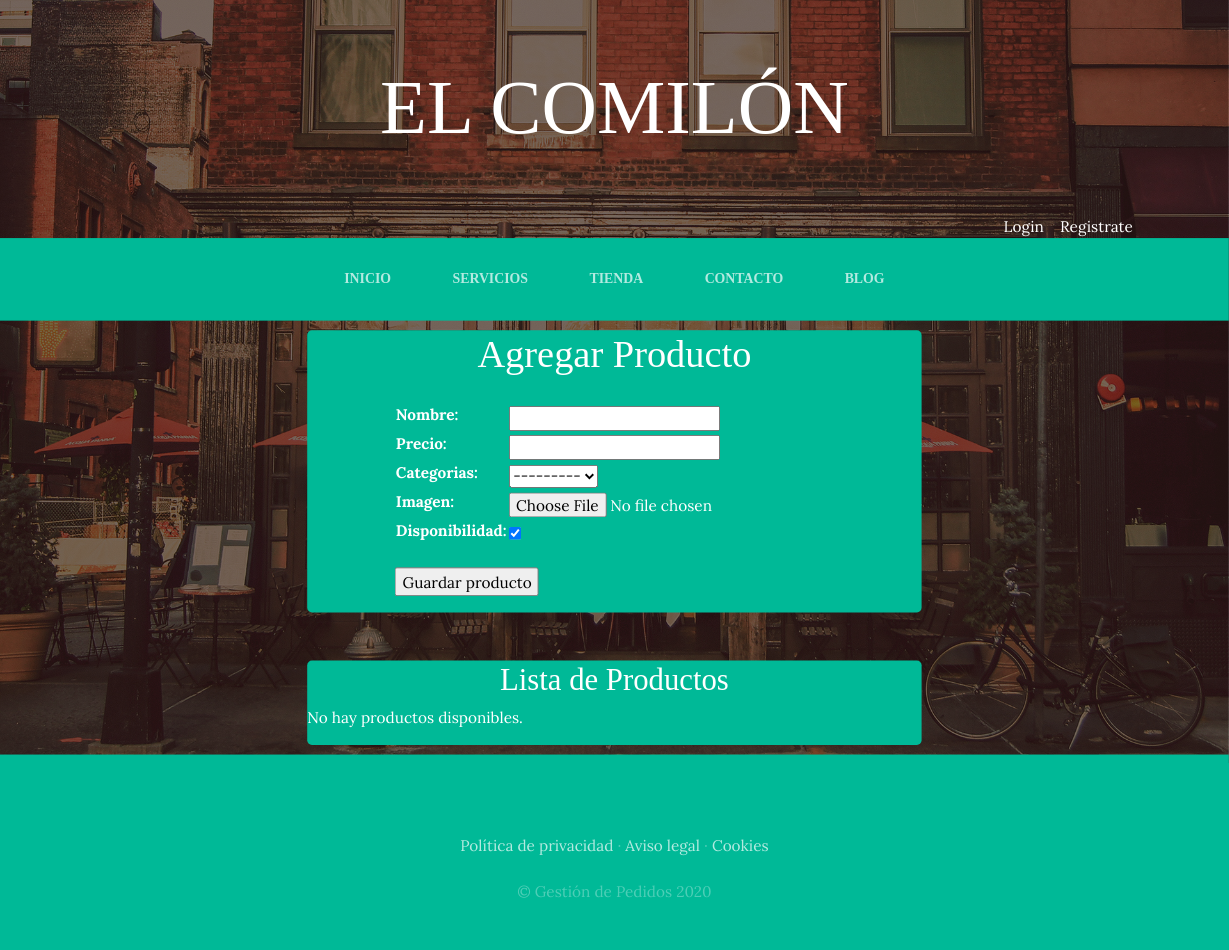
Repository: MatLarrea/Entrega_Elcomilon
Page: http://localhost/tienda/agregar_producto/
An editor plug-in stored every save of this project. The page is shown before and after the next save, followed by the edit.
The browser window is 1280 px wide. The pictures show the whole page, at 96% of full size.
Backgrounds fixed to the window are drawn as part of the page. Some web fonts or font styles are not loaded; a fallback is used. The page is served by the project's application, run on Django 5.2 (manage.py). Other server files are loaded and not shown. Queries for data that is not in the repository find no rows.

Above is the page before, as saved 2024-07-12 01:01:08.
Console error: TypeError: Cannot read properties of null (reading 'addEventListener')

### TiendaApp/templates/tienda/agregar_producto.html
{% extends 'layouts/base.html' %}
{% load static %}

{% block content %}
<div class="formularioContacto" style="text-align: center;">
    <h1 style="color: white;">Agregar Producto</h1>
    <form method="post" enctype="multipart/form-data" style="display: inline-block; text-align: left;">
        {% csrf_token %}
        <table style="margin: 20px auto; color: white;">
            {{ form.as_table }}
        </table>
        <input type="submit" value="Guardar producto" style="width: 150px;">
    </form>
</div>

<div class="formularioContacto" style="margin-top: 50px; text-align: center;">
    <h2 style="color: white;">Lista de Productos</h2>
    <ul style="list-style-type: none; padding: 0; text-align: left;">
        {% for producto in productos %}
        <li style="margin-bottom: 20px; display: flex; align-items: center; justify-content: center;">
            {% if producto.imagen %}
            <img src="{{ producto.imagen.url }}" alt="{{ producto.nombre }}" style="max-width: 100px; margin-right: 20px;">
            {% else %}
            <span style="width: 100px; height: 100px; background-color: lightgray; display: inline-block; margin-right: 20px;"></span>
            {% endif %}
            <span>{{ producto.nombre }}</span>
            <form method="post" action="{% url 'borrar_producto' producto.id %}" style="margin-left: 20px;">
                {% csrf_token %}
                <input type="submit" value="Eliminar" style="width: 150px;">
            </form>
        </li>
        {% empty %}
        <li style="color: white;">No hay productos disponibles.</li>
        {% endfor %}
    </ul>
</div>
{% endblock %}

### Carrito/context_processor.py
from django.contrib import messages

def importe_total_carro(request):

    total = 0

    if request.user.is_authenticated:
        for key, value in request.session["carrito"].items():
            total = total + float(value["precio"])
    else:
        total = "Error"
    return {"importe_total_carro":total}

### Tienda_OnlineApp/templates/layouts/base.html
<html>

<head>


    {% load static %}
    <!-- Bootstrap -->
    <link href="{% static 'Tienda_OnlineApp/vendor/bootstrap/css/bootstrap.min.css' %}" rel="stylesheet">

    <!-- Fonts -->

    <link href="https://fonts.googleapis.com/css2?family=Raleway:wght@300&display=swap" rel="stylesheet">
    <link href="https://fonts.googleapis.com/css?family=Lora:400,400i,700,700i" rel="stylesheet">


    <!-- Styles -->
    <link href="{% static 'Tienda_OnlineApp/css/gestion.css' %}" rel="stylesheet">
</head>

<body>

    <h1 class="site-heading text-center text-white d-none d-lg-block">

        <span class="site-heading-lower">El comilón</span>
    </h1>

    <div style="text-align: right; margin-right: 100px; color: white;">

        {% if user.is_authenticated %}
           Bienvenido {{user.username}} &nbsp;&nbsp; <a href="{% url 'cerrar_sesion'%}" style="color: white;"> Cerrar sesión</a>
        {% else %}
            <a href="{% url 'logear' %}" style="color: white;">Login</a> &nbsp;&nbsp; <a href="{% url 'registro'%}" style="color: white;">Registrate</a>
        {% endif %}
    </div>
    <!-- Navbar -->
    <nav class="navbar navbar-expand-lg navbar-dark py-lg-4" id="mainNav">
        <div class="container">
            <a class="navbar-brand text-uppercase text-expanded font-weight-bold d-lg-none" href="home.html">Gestión de Pedidos
            </a>
            <button class="navbar-toggler" type="button" data-toggle="collapse" data-target="#navbarResponsive"
                aria-controls="navbarResponsive" aria-expanded="false" aria-label="Toggle navigation">
                <span class="navbar-toggler-icon"></span>
            </button>
            <div class="collapse navbar-collapse" id="navbarResponsive">
                <ul class="navbar-nav mx-auto">
                    <li class="nav-item {% if request.path == '/' %}active{% endif %} px-lg-4">
                        <a class="nav-link text-uppercase text-expanded" href="{% url 'home' %}">Inicio</a>
                    </li>
                    <li class="nav-item {% if request.path == '/servicios/' %}active{% endif %} px-lg-4">
                        <a class="nav-link text-uppercase text-expanded" href="{% url 'servicios' %}">Servicios</a>
                    </li>
                    <li class="nav-item {% if request.path == '/tienda/' %}active{% endif %} px-lg-4">
                        <a class="nav-link text-uppercase text-expanded" href="{% url 'tienda' %}">Tienda</a>
                    </li>
                    <li class="nav-item {% if request.path == '/contacto/' %}active{% endif %} px-lg-4">
                        <a class="nav-link text-uppercase text-expanded" href="{% url 'contacto' %}">Contacto</a>
                    </li>
                    <li class="nav-item {% if request.path|slice:':6' == '/blog/' %}active{% endif %} px-lg-4">
                        <a class="nav-link text-uppercase text-expanded" href="{% url 'blog' %}">Blog</a>
                    </li>
                    {% if user.is_superuser %}
                        <li class="nav-item {% if request.path == '/agregar_categoria/' %}active{% endif %} px-lg-4">
                            <a class="nav-link text-uppercase text-expanded" href="{% url 'agregar_categoria' %}">Administracion Categorias</a>
                        </li>
                        <li class="nav-item {% if request.path == '/agregar_producto/' %}active{% endif %} px-lg-4">
                            <a class="nav-link text-uppercase text-expanded" href="{% url 'agregar_producto' %}">Administracion Productos</a>
                        </li>
                    {% endif %}
                </ul>
            </div>
        </div>
    </nav>

    <!-- Contenido de las paginas-->
    {% block content%}

    {% endblock %}

    <!-- Footer -->
    <footer class="footer text-faded text-center py-5">
        <div class="container">
            <p class="m-0">
                <a href="#" class="link">
                    <span class="fa-stack fa-lg">
                        <i class="fa fa-circle fa-stack-2x"></i>
                        <i class="fa fa-twitter fa-stack-1x fa-inverse"></i>
                    </span>
                </a>
                <a href="#" class="link">
                    <span class="fa-stack fa-lg">
                        <i class="fa fa-circle fa-stack-2x"></i>
                        <i class="fa fa-facebook fa-stack-1x fa-inverse"></i>
                    </span>
                </a>
                <a href="#" class="link">
                    <span class="fa-stack fa-lg">
                        <i class="fa fa-circle fa-stack-2x"></i>
                        <i class="fa fa-instagram fa-stack-1x fa-inverse"></i>
                    </span>
                </a>
            </p>
            <p class="m-0 mbt">
                <a href="sample.html" class="link">Política de privacidad</a> ·
                <a href="sample.html" class="link">Aviso legal</a> ·
                <a href="sample.html" class="link">Cookies</a>
            </p>
            <p class="m-0 mbt1">&copy; Gestión de Pedidos 2020</p>
        </div>
    </footer>

    <!-- Bootstrap -->
    <script src="{% static 'Tienda_OnlineApp/vendor/jquery/jquery.min.js' %}"></script>
    <script src="{% static 'Tienda_OnlineApp/vendor/bootstrap/js/bootstrap.bundle.min.js' %}"></script>
    <script src="{% static 'Tienda_OnlineApp/js/gestion.js' %}"></script>
</body>

</html>

### TiendaApp/forms.py
from django import forms
from .models import Categoria_producto, Producto

class CategoriaProductoForm(forms.ModelForm):
    class Meta:
        model = Categoria_producto
        fields = ['nombre']

class ProductoForm(forms.ModelForm):
    class Meta:
        model = Producto
        fields = ['nombre', 'precio', 'categorias', 'imagen', 'disponibilidad']

### TiendaApp/models.py
from django.db import models

# Create your models here.
class Categoria_producto(models.Model):
    nombre = models.CharField(max_length=100, unique=True)
    created = models.DateTimeField(auto_now_add=True)
    updated = models.DateTimeField(auto_now_add=True)

    class Meta:
        verbose_name = "categoria_producto"
        verbose_name_plural = "categorias_producto"

    def __str__(self):
        return self.nombre

class Producto(models.Model):
    nombre = models.CharField(max_length=50)
    precio = models.FloatField()
    categorias =  models.ForeignKey(Categoria_producto, on_delete=models.CASCADE)
    imagen = models.ImageField(upload_to="tienda", null=True, blank=True)
    disponibilidad = models.BooleanField(default=True)
    created = models.DateTimeField(auto_now_add=True)
    updated = models.DateTimeField(auto_now_add=True)

    class Meta:
        verbose_name = "producto"
        verbose_name_plural = "productos"

    def __str__(self):
        return self.nombre

### TiendaApp/views.py
from django.shortcuts import render, redirect, get_object_or_404
from .models import Producto, Categoria_producto
from .forms import CategoriaProductoForm, ProductoForm
from django.contrib import messages
from django.db import IntegrityError

# Create your views here.
def tienda(request):
    productos = Producto.objects.all()
    return render(request, "tienda/tienda.html", {"productos":productos})

def agregar_categoria(request):
    if request.method == 'POST':
        form = CategoriaProductoForm(request.POST)
        if form.is_valid():
            nombre_categoria = form.cleaned_data['nombre']
            try:
                form.save()
                messages.success(request, f'Categoría "{nombre_categoria}" agregada correctamente.')
                return redirect('agregar_categoria')  # Redirige a la misma página de agregar categoría
            except IntegrityError:
                messages.error(request, f'La categoría "{nombre_categoria}" ya existe.')
    else:
        form = CategoriaProductoForm()

    categorias = Categoria_producto.objects.all()  # Obtener todas las categorías desde la base de datos

    return render(request, 'tienda/agregar_categoria.html', {'form': form, 'categorias': categorias})

def borrar_categoria(request, categoria_id):
    categoria = get_object_or_404(Categoria_producto, pk=categoria_id)
    if request.method == 'POST':
        categoria.delete()
        messages.success(request, f'Categoría "{categoria.nombre}" eliminada correctamente.')
        return redirect('agregar_categoria')  # Redirige de nuevo a la misma página de agregar categoría
    return redirect('agregar_categoria')  # En caso de que no sea POST, redirige a la misma página de agregar categoría

def agregar_producto(request):
    if request.method == 'POST':
        form = ProductoForm(request.POST, request.FILES)
        if form.is_valid():
            form.save()
            return redirect('agregar_producto')
    else:
        form = ProductoForm()

    productos = Producto.objects.all()
    context = {
        'form': form,
        'productos': productos,
    }
    return render(request, 'tienda/agregar_producto.html', context)

def borrar_producto(request, producto_id):
    producto = get_object_or_404(Producto, id=producto_id)
    if request.method == 'POST':
        producto.delete()
        return redirect('agregar_producto')

    return render(request, 'tienda/agregar_producto.html', {'producto': producto})

### Tienda_Online/urls.py
"""
URL configuration for Tienda_Online project.

The `urlpatterns` list routes URLs to views. For more information please see:
    https://docs.djangoproject.com/en/5.0/topics/http/urls/
Examples:
Function views
    1. Add an import:  from my_app import views
    2. Add a URL to urlpatterns:  path('', views.home, name='home')
Class-based views
    1. Add an import:  from other_app.views import Home
    2. Add a URL to urlpatterns:  path('', Home.as_view(), name='home')
Including another URLconf
    1. Import the include() function: from django.urls import include, path
    2. Add a URL to urlpatterns:  path('blog/', include('blog.urls'))
"""
from django.contrib import admin
from django.urls import path, include
from django.conf import settings
from django.conf.urls.static import static

urlpatterns = [
    path('admin/', admin.site.urls),
    path('', include("Tienda_OnlineApp.urls")),
    path('servicios/', include("ServiciosApp.urls")),
    path('blog/', include("BlogApp.urls")),
    path('contacto/', include("ContactoApp.urls")),
    path('tienda/', include("TiendaApp.urls")),
    path('carrito/', include("Carrito.urls")),
    path('auth/', include("AutentificacionApp.urls")),
]

urlpatterns += static(settings.MEDIA_URL, document_root = settings.MEDIA_ROOT)

### ServiciosApp/urls.py
from django.urls import path
from . import views

urlpatterns = [
    path('', views.servicios, name="servicios"),
]

### BlogApp/urls.py
from django.urls import path
from . import views

urlpatterns = [
    path('', views.blog, name="blog"),
    path('categoria/<categoria_id>/', views.categoria, name="categoria"),
]

### ContactoApp/urls.py
from django.urls import path
from . import views

urlpatterns = [
    path('', views.contacto, name="contacto"),
]

### TiendaApp/urls.py
from django.urls import path
from . import views
from .views import agregar_categoria


urlpatterns = [
    path('', views.tienda, name="tienda"),
    path('agregar_categoria/', views.agregar_categoria, name='agregar_categoria'),
    path('borrar_categoria/<int:categoria_id>/', views.borrar_categoria, name='borrar_categoria'),
    path('agregar_producto/', views.agregar_producto, name='agregar_producto'),
    path('borrar_producto/<int:producto_id>/', views.borrar_producto, name='borrar_producto'),
]

### Carrito/urls.py
from django.urls import path
from . import views

app_name = "ctienda"

urlpatterns = [

    path("agregar/<int:producto_id>/", views.agregar_producto, name="agregar"),
    path("eliminar/<int:producto_id>/", views.eliminar_producto, name="eliminar"),
    path("restar/<int:producto_id>/", views.restar_producto, name="restar"),
    path("limpiar/", views.limpiar_carrito, name="limpiar"),
]

### AutentificacionApp/urls.py
from django.urls import path
from .views import VRegistro, cerrar_sesion, logear



urlpatterns = [
    path('', VRegistro.as_view() , name="registro"),
    path('cerrar_sesion', cerrar_sesion, name="cerrar_sesion"),
    path('login', logear, name="logear"),
]

### Tienda_OnlineApp/static/Tienda_OnlineApp/css/gestion.css
body {
  font-family: 'Lora';
  background: linear-gradient(rgba(47, 23, 15, 0.65), rgba(47, 23, 15, 0.65)), url("../img/bg_mainn.jpg");
  background-attachment: fixed;
  background-position: center;
  background-size: cover;
}

h1,
h2,
h3,
h4,
h5,
h6 {
  font-family: 'Raleway';
}

p {
  line-height: 1.75;
}

.text-faded {
  color: rgba(255, 255, 255, 0.3);
}

.site-heading {
  margin-top: 5rem;
  margin-bottom: 5rem;
  text-transform: uppercase;
  line-height: 1;
  font-family: 'Raleway';
}

.site-heading .site-heading-upper {
  display: block;
  font-size: 2rem;
  font-weight: 800;
}

.site-heading .site-heading-lower {
  font-size: 5rem;
  font-weight: 100;
  line-height: 4rem;
}

.page-section {
  margin-top: 5rem;
  margin-bottom: 5rem;
}

.section-heading {
  text-transform: uppercase;
}

.section-heading .section-heading-upper {
  display: block;
  font-size: 1rem;
  font-weight: 800;
  padding-bottom: .5rem;

}

.section-heading .section-heading-lower {
  display: block;
  font-size: 3rem;
  font-weight: 100;
}


.section-heading .section-heading-under {
  display: block;
  font-size: 1rem;
  text-transform: none;
  font-weight: 300;
  margin-top: .5rem;
}

.bg-faded {
  background-color: rgba(255, 255, 255, 0.85);
}

#mainNav {
  background-color: rgb(0, 185, 151);
  font-family: 'Raleway';
}

#mainNav .navbar-brand {
  color: #ffffff;
}

#mainNav .navbar-nav .nav-item .nav-link {
  color: rgba(255, 255, 255, 0.7);
  font-weight: 800;
}

#mainNav .navbar-nav .nav-item.active .nav-link {
  color: #ffffff;
  text-decoration: underline;
}

@media (min-width: 992px) {
  #mainNav .navbar-nav .nav-item .nav-link {
    font-size: 0.9rem;
  }

  #mainNav .navbar-nav .nav-item .nav-link:hover {
    color: rgba(255, 255, 255, 0.4);
    text-decoration: underline;
  }

  #mainNav .navbar-nav .nav-item.active .nav-link:hover {
    color: #ffffff;
    text-decoration: underline;
  }
}

.btn-xl {
  font-weight: 700;
  font-size: 0.8rem;
  padding-top: 1.5rem;
  padding-bottom: 1.5rem;
  padding-left: 2rem;
  padding-right: 2rem;
}

.intro {
  position: relative;
}

@media (min-width: 992px) {
  .intro .intro-img {
    width: 75%;
    float: left;
  }

  .intro .intro-text {
    left: 600;
    width: 60%;
    margin-top: 3rem;
    background-color: rgb(0, 185, 151);
    color: cornsilk;
    position: absolute;
  }

  .intro .intro-text .intro-button {
    width: 100%;
    left: 0;
    position: absolute;
    bottom: -2rem;
  }
}

@media (min-width: 1200px) {
  .intro .intro-text {
    width: 45%;
  }
}

.cta {
  padding-top: 5rem;
  padding-bottom: 5rem;
  background-color: rgb(242, 245, 240);
}

.cta .cta-inner {
  position: relative;
  padding: 3rem;
  margin: 0.5rem;
  background-color: rgb(0, 185, 151);
  color: cornsilk;
}

.cta .cta-inner:before {
  border-radius: 0.5rem;
  content: '';
  position: absolute;
  top: -0.5rem;
  bottom: -0.5rem;
  left: -0.5rem;
  right: -0.5rem;
  border: 0.25rem solid rgba(255, 255, 255, 0.85);
}

.cta .cta-innerv {
  position: relative;
  padding: 3rem;
  margin: 0.5rem;
  background-color: rgba(255, 255, 255, 0.85);
}

@media (min-width: 992px) {
  .about-heading .about-heading-img {
    position: relative;
    z-index: 0;
  }

  .about-heading .about-heading-content {
    margin-top: -5rem;
    position: relative;
    z-index: 1;
  }
}

@media (min-width: 992px) {
  .product-item .product-item-title {
    position: relative;
    z-index: 1;
    margin-bottom: -3rem;
  }

  .product-item .product-item-img {
    position: relative;
    z-index: 0;
    max-width: 60vw;
  }

  .product-item .product-item-description {
    position: relative;
    z-index: 1;
    margin-top: -3rem;
    max-width: 50vw;
  }
}



@media (min-width: 992px) {
  .list-hours {
    width: 50%;
    font-size: 1.1rem;
  }
}

.address strong {
  font-size: 1.2rem;
}

.footer {
  background-color: rgb(0, 185, 151);
}



.btn {
  box-shadow: 0px 3px 3px 0px rgba(33, 37, 41, 0.1);
}



.font-weight-light {
  font-weight: 100 !important;
}

.mbtm {
  padding-top: 5rem;
}

.mbt {
  padding-top: 2rem;
}

.mbt1 {
  padding-top: 1.25rem;
}

a.link {
  color: rgba(255, 255, 255, 0.7);
}

a.link:hover {
  text-decoration: none;
  color: rgba(255, 255, 255, 0.4);
}

.section-content {
  font-family: 'Lora' !important;
  font-size: 16px !important;
  font-weight: 400 !important;
  line-height: 28px !important;
}

ul.errorlist {
  padding-top: .75rem;
  font-style: italic;
  color: red;
}

.linksCategorias{
  color: white !important;
  text-decoration: underline;
}

.linksCategorias:hover{
  text-decoration: none;
}

.formularioContacto{
  background-color:  rgb(0, 185, 151);
  margin: auto;
  width: 50%;
  margin: 10px auto;
  border-radius: 5px;
  padding: 1px 0px;
}

/*Mapa api*/

#encuentranos p{
  text-align: center;
}

#map{
  border-radius: 5rem;
  border-style: ridge;
  border-width: 1rem;
  border-color:  rgb(0, 185, 151);
  height: 30rem;
  width: 80%;
  margin: auto;
}

.texto-mapa{
  color: black;
  font-size: 2rem;
}

.mapa{
  background-color: #fff;
  padding-bottom: 5rem;
}

.clima button{

  text-decoration: none;
  color: #fff;
  border-color: black;
  max-width: 20rem;
  height: 2rem;
}

#resultado{
  background-color:   rgb(0, 185, 151);
  color: black;
  max-width: 15rem;
}

#inicio{
  margin: 1% 1%;
}

### Tienda_OnlineApp/static/Tienda_OnlineApp/js/gestion.js
//Creacion de ubicacion localizacion local google map api
let map;
async function initMap() {
  let coord  = {lat:-33.012516 ,lng:-71.549197 };
  const { Map } = await google.maps.importLibrary("maps");
  map = new Map(document.getElementById("map"), {
    center: coord,
    zoom: 16,
  });
  var marker = new google.maps.Marker({
    position: coord,
    map: map
});
}
initMap();


//Obtencion datos API openweathermap
let key = 'b2158dabed90c6c3a9797b6e96405750';
let ciudad = document.getElementById('city');
let boton = document.getElementById('btn');
let resultado = document.getElementById('resultado');
let get_weather = () => {
  let city_name = ciudad.value;
    let url = `https://api.openweathermap.org/data/2.5/weather?q=${city_name}&appid=${key}&units=metric`
    fetch(url).then((resp) => resp.json()).then(data => {
      console.log("la temperatura es " +(data.main.temp)+'°');
      console.log(data.weather[0].description);
      console.log(data);
      resultado.innerHTML = `<h2>${data.name} | ${data.main.temp+'°'}</h2>`
    });
}
boton.addEventListener('click',get_weather);

Loaded but not shown: Tienda_OnlineApp/urls.py (common file)

After the next save:
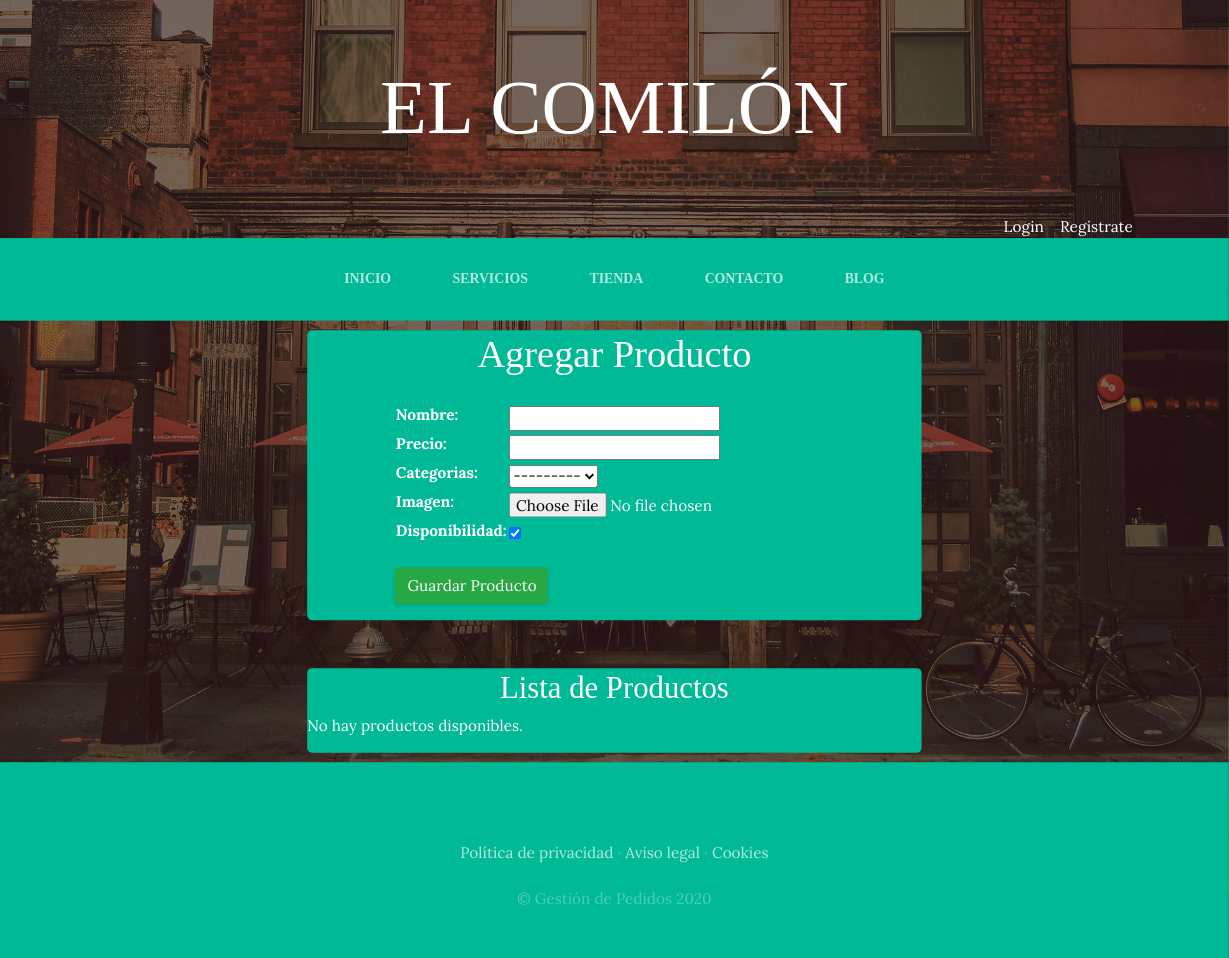
Saved 86 s later.
--- a/TiendaApp/templates/tienda/agregar_producto.html
+++ b/TiendaApp/templates/tienda/agregar_producto.html
@@ -9,7 +9,7 @@
         <table style="margin: 20px auto; color: white;">
             {{ form.as_table }}
         </table>
-        <input type="submit" value="Guardar producto" style="width: 150px;">
+        <button type="submit" class="btn btn-success" style="width: 160px; margin-right: 60px;">Guardar Producto</button>    </form>
     </form>
 </div>
 
@@ -26,7 +26,7 @@
             <span>{{ producto.nombre }}</span>
             <form method="post" action="{% url 'borrar_producto' producto.id %}" style="margin-left: 20px;">
                 {% csrf_token %}
-                <input type="submit" value="Eliminar" style="width: 150px;">
+                <button type="submit" class="btn btn-success" style="width: 160px; margin-right: 60px;">Eliminar</button>    </form>
             </form>
         </li>
         {% empty %}
